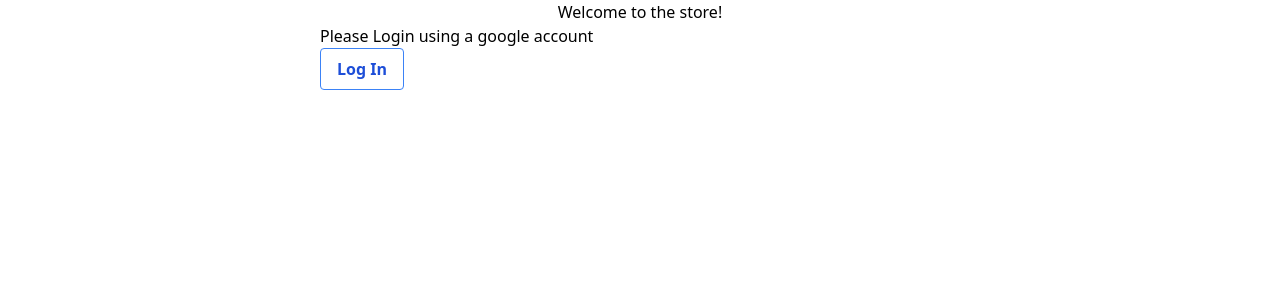
Repository: Siravian-index/rehab-store
Page: /
An editor plug-in stored every save of this project. The page is shown before and after the next save, followed by the edit.
The browser window is 1280 px wide. The pictures show the whole page.
The project was rebuilt for these pictures with package versions that can differ from the ones it lists, and the page was loaded fresh each time. Also part of the build but not shown: craco.config.js, src/components/Footer.jsx, src/components/LogoutButton.jsx, src/components/Navbar.jsx.

Above is the page before, as saved 2021-11-01 08:44:20.

After the next save:
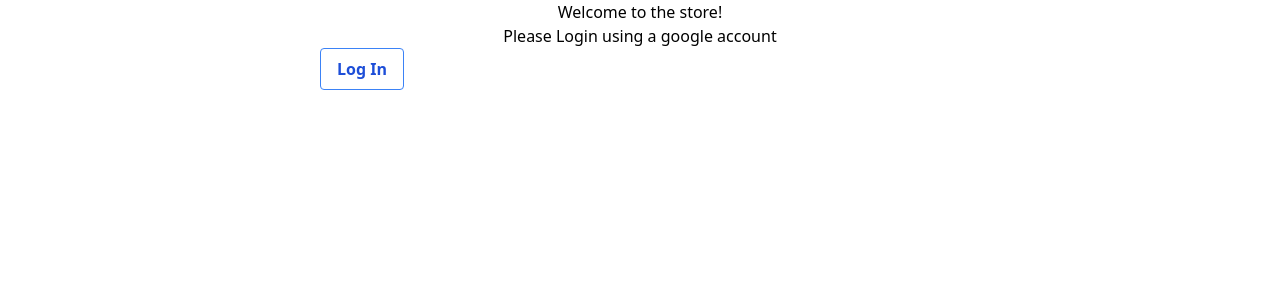
Saved 11 s later.
--- a/src/components/WelcomePage.jsx
+++ b/src/components/WelcomePage.jsx
@@ -4,7 +4,7 @@ const WelcomePage = () => {
   return (
     <div className='w-1/2 m-auto'>
       <h3 className='text-center'>Welcome to the store!</h3>
-      <p>Please Login using a google account </p>
+      <p className='text-center'>Please Login using a google account </p>
       <LoginButton />
     </div>
   );
